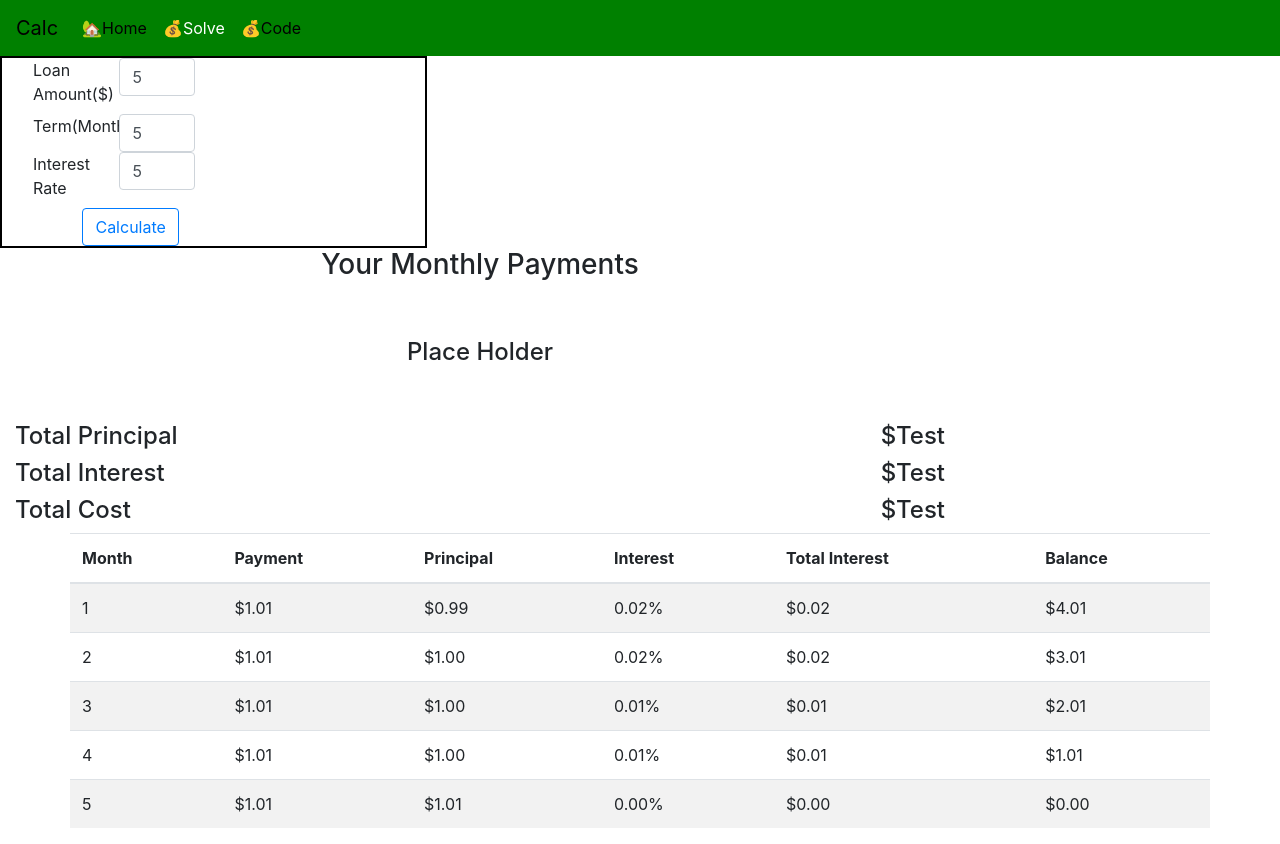
Repository: zhadjah9559/MortgageManager
Page: solve.html
These files come from the project's save history. The page is drawn as it stood at one moment and after the next save; the edit follows.
The browser window is 1280 px wide. The pictures show the whole page.
Empty fields were first filled with sample values (such as "Sample", 5 or name@example.com).
After loading, the first visible `button.btn` was clicked once.

Above is the page before, as saved 2021-01-16 15:33:54.

After the next save:
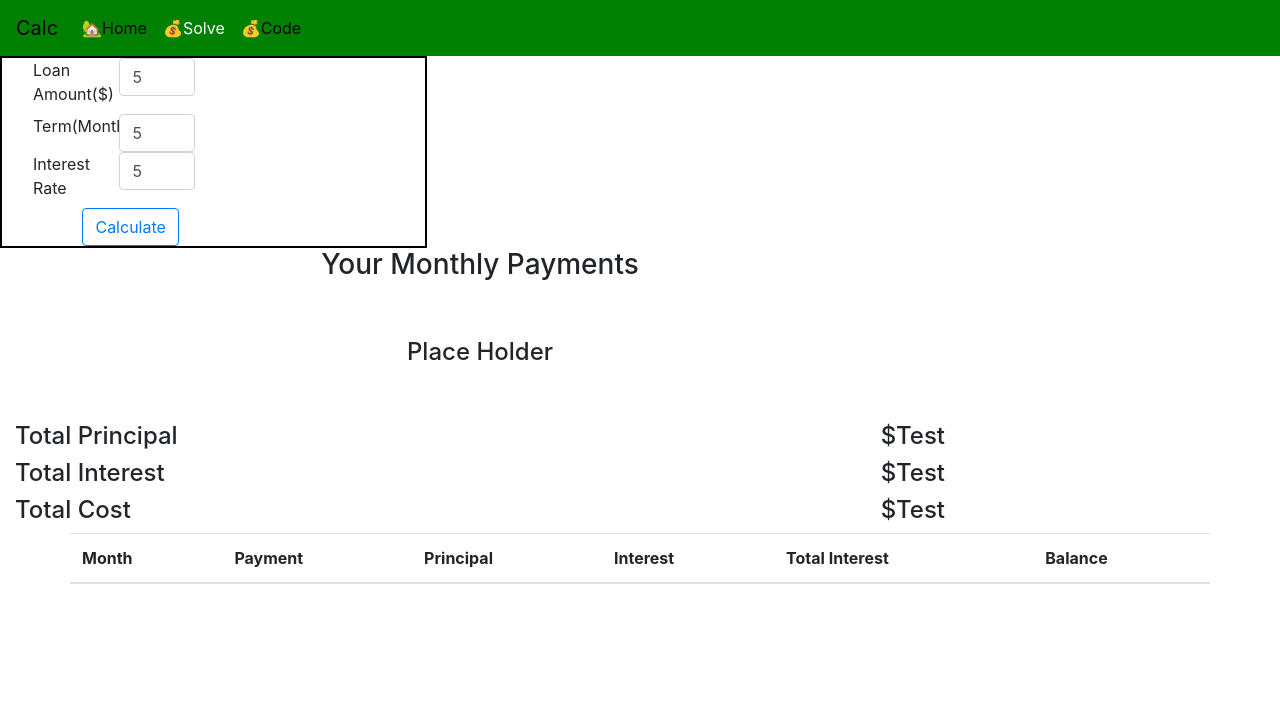
Console error: ReferenceError: total is not defined
Saved 13 min 16 s later.
--- a/js/custom.js
+++ b/js/custom.js
@@ -37,7 +37,7 @@
         principalPayments.push(  totalMonthlyPayment - interest[i]  )
 
         //totalInterest
-        totalInterest.push( (totalMonthlyPayment) - (principalPayments[i]) )
+        totalInterest.push( total(totalMonthlyPayment) - (principalPayments[i]) )
 
         remainingBalance.push( remainingBalance[i] - principalPayments[i] )
     }

After the 5 saves that followed:
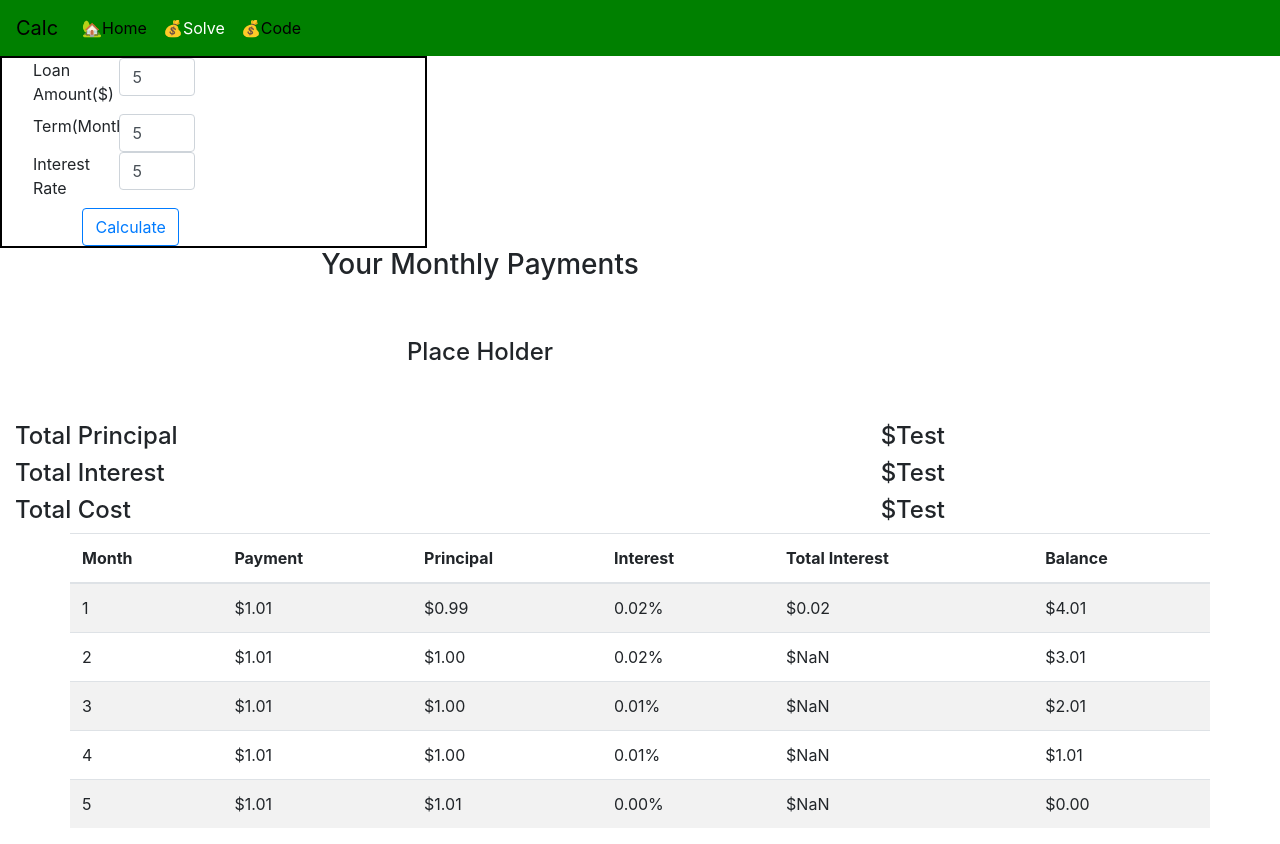
The error is gone.
The 5 saves are shown as one change because 2 left the picture as it was and some came seconds apart.
The last was saved 40 s later.
--- a/js/custom.js
+++ b/js/custom.js
@@ -37,7 +37,7 @@
         principalPayments.push(  totalMonthlyPayment - interest[i]  )
 
         //totalInterest
-        totalInterest.push( total(totalMonthlyPayment) - (principalPayments[i]) )
+        totalInterest.push( totalInterest + ( (totalMonthlyPayment) - (principalPayments[i]) )    )
 
         remainingBalance.push( remainingBalance[i] - principalPayments[i] )
     }
